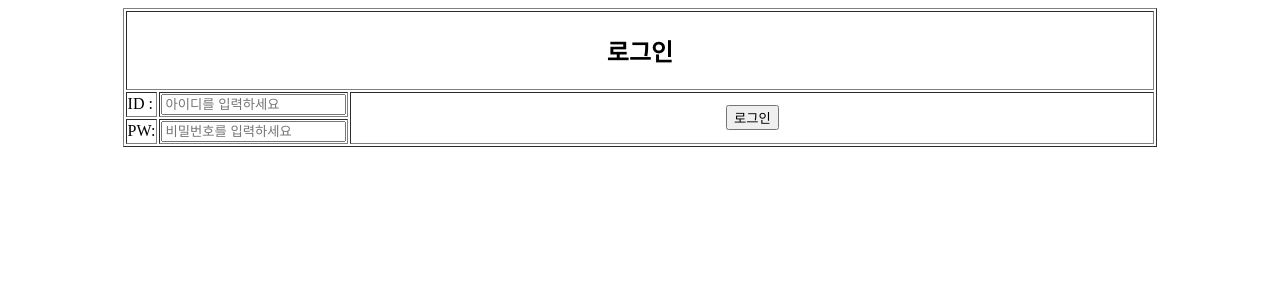
Repository: umhayun/myJSP
Page: HTML/src/main/webapp/login.html
The author's editor kept a copy of each file at every save. The page is drawn from the files as they stood at one save, then again after the next save.
The browser window is 1280 px wide. The pictures show the whole page.

Above is the page before, as saved 2022-01-18 01:51:49.

### HTML/src/main/webapp/login.html
<!DOCTYPE html>
<html>
<head>
<meta charset="UTF-8">
<title>Insert title here</title>
</head>
<body>
<!--form태그는 데이터를 전송하기 위해서 사용 -->
<form action="">
<table align=center border="1">
	<tr>
		<td colspan=3 align=center><h2>로그인</h2></td>
	</tr>
	<tr>
		<td width="20">ID : </td>
		<td width="50"><input type="text" placeholder="아이디를 입력하세요"></td>
		<td width="800"rowspan=2 align=center><input type=submit value="로그인"></td>
	</tr>
	<tr>
		<td width="20">PW: </td>
		<td width="50"><input type="password" placeholder="비밀번호를 입력하세요"></td>
	</tr>

</table>
</form>

</body>
</html>

After the next save:
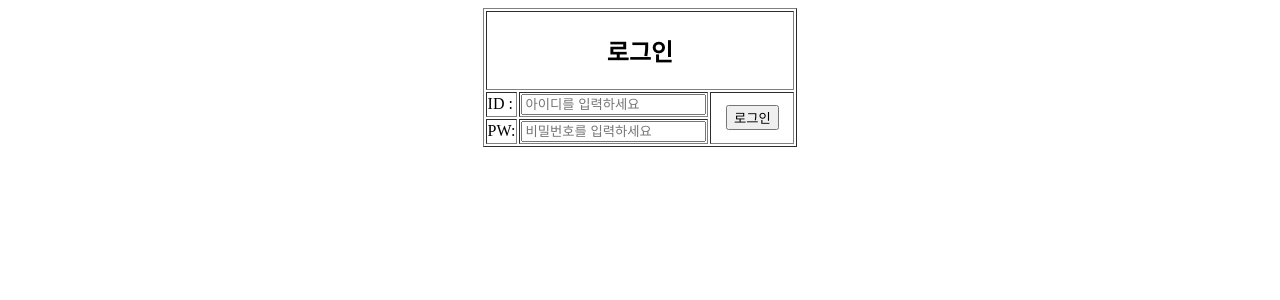
Saved 6 s later.
--- a/HTML/src/main/webapp/login.html
+++ b/HTML/src/main/webapp/login.html
@@ -14,7 +14,7 @@
 	<tr>
 		<td width="20">ID : </td>
 		<td width="50"><input type="text" placeholder="아이디를 입력하세요"></td>
-		<td width="800"rowspan=2 align=center><input type=submit value="로그인"></td>
+		<td width="80"rowspan=2 align=center><input type=submit value="로그인"></td>
 	</tr>
 	<tr>
 		<td width="20">PW: </td>
